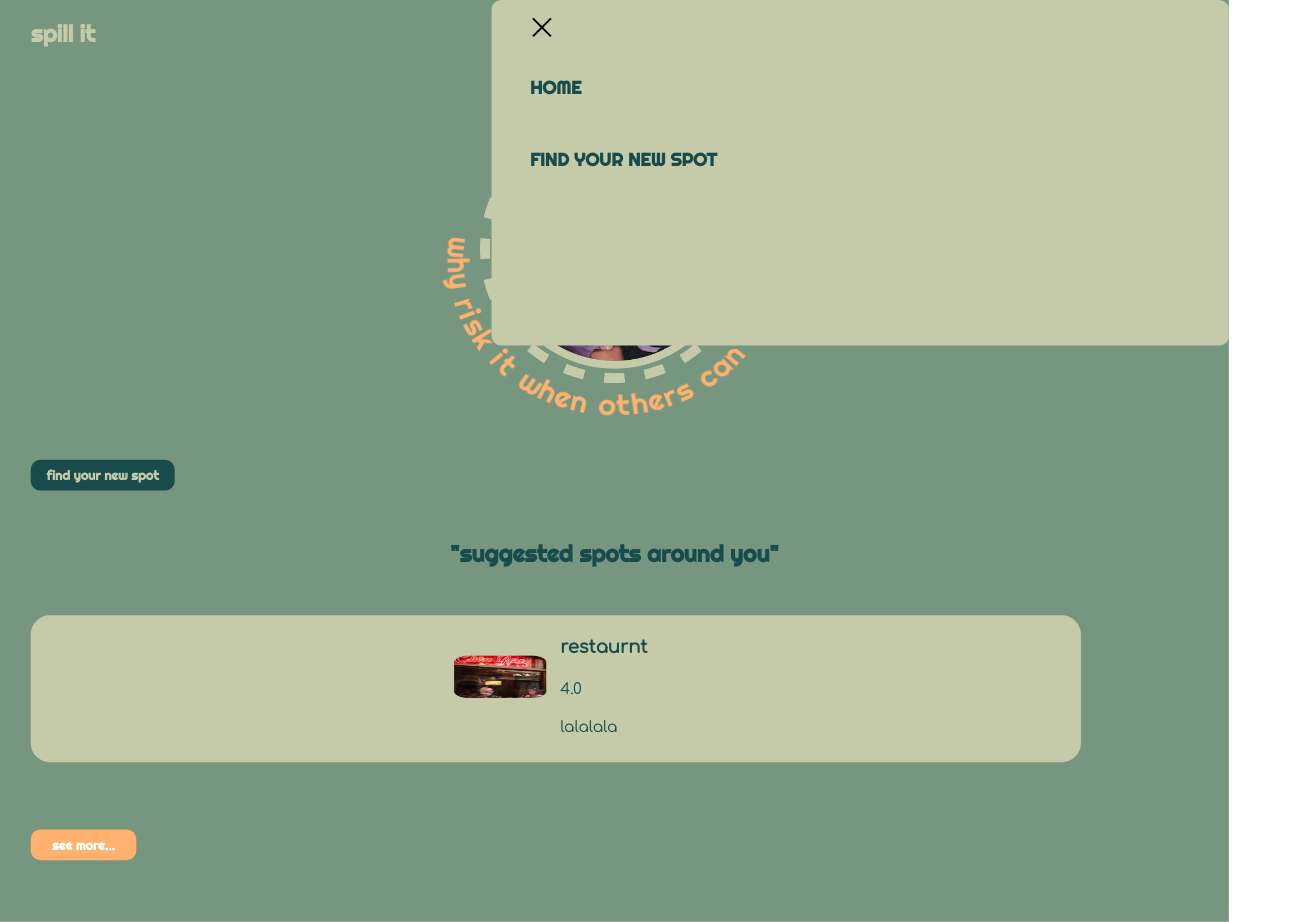
Repository: shaelorch/spillit
Page: /
An editor plug-in stored every save of this project. The page is shown before and after the next save, followed by the edit.
The browser window is 1280 px wide. The page is 1280 px wide, then 1348 px, so the pictures cover 1348 px, including what lies to the right of the window. The pictures show the whole page, at 96% of full size.
The project was rebuilt for these pictures with package versions that can differ from the ones it lists, and the page was loaded fresh each time. The framework's server and built-in components were replaced by stand-ins that run in the browser. Also part of the build but not shown: next.config.js.

Above is the page before, as saved 2023-02-10 15:02:01.

### pages/index.js
import Head from 'next/head'
import Image from 'next/image'
import HeroCont from '../components/HeroCont'
import styles from '../styles/Home.module.css'
import Button from '../components/Button'
import SubButton from '../components/SubButton'
import RevCard from '../components/reviewCard'
import Header from '../components/Header'
import TopBar from '../components/topBAr'
import PopMenu from '../components/popMenu'



export default function Home() {
  return (
    <div className={styles.container}>
      <Head>
        <title>Create Next App</title>
        <meta name="description" content="Generated by create next app" />
        <link rel="icon" href="/favicon.ico" />

      </Head>

     <TopBar/>
     <PopMenu/>


      <main className={styles.main}>
        <HeroCont/>
        <Button />
        <Header />

        <RevCard/>
        <SubButton bttntxt='see more...'/>
      </main>


    </div>
  )
}

### styles/globals.css

@import url('https://fonts.googleapis.com/css2?family=Righteous&display=swap');
@import url('https://fonts.googleapis.com/css2?family=Comfortaa&family=Righteous&display=swap');


html,
body {
  padding: 0;
  margin: 0;
  font-family: -apple-system, BlinkMacSystemFont, Segoe UI, Roboto, Oxygen,
    Ubuntu, Cantarell, Fira Sans, Droid Sans, Helvetica Neue, sans-serif;
}

a {
  color: inherit;
  text-decoration: none;
}

* {
  box-sizing: border-box;
}

@media (prefers-color-scheme: dark) {
  html {
    color-scheme: dark;
  }
  body {
    color: white;
    background: black;
  }
}

### components/HeroCont.js
import react from "react";
import { motion } from 'framer-motion';

export default function HeroCont() {



    return (<div style={{justifyContent:'center', display:'flex', paddingBottom:80}}>

        <img src="dotted.png" style={{display:'flex', position:'relative', width:280, height:280, marginTop:-15}}/>
        <img src="heropic.png" style={{display:'flex', width:250, height:250, position:'absolute' }}/>
        <img src="wordcircle.png" style={{width:440, height:410,position:'absolute', animation:'rotation 2s infinite linear' }}/>

    </div>
    )
}

### styles/Home.module.css
.container {
  padding: 0 2rem;
  background-color: #779680;
  width:100%;
}

.rotate {

  width:358;
  height:195;
  margin-top:-160;
  margin-Left:-40;
  animation:rotation 2s infinite linear;
}

.main {
  min-height: 100vh;
  padding: 4rem 0;
  flex: 1;
  margin-right:100

  display: flex;
  flex-direction: column;
  justify-content: center;
  align-items: center;
  font-family: 'Comfortaa', 'cursive';
}

.footer {
  display: flex;
  flex: 1;
  padding: 2rem 0;
  border-top: 1px solid #eaeaea;
  justify-content: center;
  align-items: center;
}

.footer a {
  display: flex;
  justify-content: center;
  align-items: center;
  flex-grow: 1;
}

.title a {
  color: #0070f3;
  text-decoration: none;
}

.title a:hover,
.title a:focus,
.title a:active {
  text-decoration: underline;
}

.title {
  margin: 0;
  line-height: 1.15;
  font-size: 4rem;
}

.title,
.description {
  text-align: center;
}

.description {
  margin: 4rem 0;
  line-height: 1.5;
  font-size: 1.5rem;
}

.code {
  background: #fafafa;
  border-radius: 5px;
  padding: 0.75rem;
  font-size: 1.1rem;
  font-family: Menlo, Monaco, Lucida Console, Liberation Mono, DejaVu Sans Mono,
    Bitstream Vera Sans Mono, Courier New, monospace;
}

.grid {
  display: flex;
  align-items: center;
  justify-content: center;
  flex-wrap: wrap;
  max-width: 800px;
}

.card {
  margin: 1rem;
  padding: 1.5rem;
  text-align: left;
  color: inherit;
  text-decoration: none;
  border: 1px solid #eaeaea;
  border-radius: 10px;
  transition: color 0.15s ease, border-color 0.15s ease;
  max-width: 300px;
}

.card:hover,
.card:focus,
.card:active {
  color: #0070f3;
  border-color: #0070f3;
}

.card h2 {
  margin: 0 0 1rem 0;
  font-size: 1.5rem;
}

.card p {
  margin: 0;
  font-size: 1.25rem;
  line-height: 1.5;
}

.logo {
  height: 1em;
  margin-left: 0.5rem;
}

@media (max-width: 600px) {
  .grid {
    width: 100%;
    flex-direction: column;
  }
}

@media (max-width: 414px) {
  .main {
    width:100%;


  }
}

@media (prefers-color-scheme: dark) {
  .card,
  .footer {
    border-color: #222;
  }
  .code {
    background: #111;
  }
  .logo img {
    filter: invert(1);
  }
}

### components/Button.js

export default function Button({
    bttntxt="find your new spot",
    color="#C5CAA9"
}) {

    return(
        <button style={{display:'flex',
         backgroundColor:'#184B4B',
          borderRadius:10, width:150,
           justifyContent:'center'
           , padding:8, alignContent:'center',
            color:'#C5CAA9', fontWeight:'bold',
            border:'transparent', fontFamily: 'Righteous, cursive'}}>{bttntxt}</button>
    )
}

### components/SubButton.js

export default function SubButton({
    bttntxt="find your spot",

}) {

    return(
        <div style={{paddingTop:30}}>
             <button style={{display:'flex',
         backgroundColor:'#FFB16F',
          borderRadius:10, width:110,
           justifyContent:'center'
           , padding:8, alignContent:'center',
            color:'white', fontWeight:'bold',
            border:'transparent',
            fontFamily: 'Righteous, cursive'}}>{bttntxt}</button>
        </div>

    )
}

### components/reviewCard.js



export default function RevCard({
    name="restaurnt",
    rating="4.0",
    review="lalalala"
}) {

    return (<div style={{justifyContent:'center',display:'flex', width:"90%", height:'100%', backgroundColor:'#C5CAA9',  borderRadius:20, marginBottom:40, paddingRight:20, paddingBottom:8}}>

        <div style={{display:'flex', flexDirection:'row'}}>
            <img  style={{display:'flex', width:'45%', height:"30%", marginTop:"20%", marginLeft:10}} src="place.png"/>
            <div style={{lineHeight:1.5,paddingLeft:15, color:'#184B4B'}}>
                <h3>{name}</h3>
                <p>{rating}</p>
                <p>{review}</p>
            </div>
        </div>



    </div>

    )
}

### components/Header.js





export default function Header() {

    return (
        <h2 style={{fontFamily:'righteous, cursive', margin:50, marginLeft:'20%', marginRight:'20%', textAlign:'center', color: '#184B4B'}}>"suggested spots around you"</h2>
    )
}

### components/topBAr.js
import Link from "next/link"
import { useState } from "react"
import { GrClose } from 'react-icons/gr'
import PopMenu from "./popMenu";

export default function TopBar() {

    const [open, setOpen] = useState(false);

   const onClick = () => {
    setOpen (current => !current)
   };

    return (
        <><div style={{ display: 'flex', flexDirection: 'row', justifyContent: 'space-between', alignItems: 'center', backgroundColor: '#779680' }}>
            <Link href='/'>
                <h2 style={{ color: '#C5CAA9', fontFamily: 'righteous, cursive' }}>spill it</h2>
            </Link>
            <img
                onClick={onClick} style={{ height: 50, width: 50 }} src="menu.png" />
            {open ? <PopMenu/> : null}

        </div></>

            )
        }

### components/popMenu.js
import { GrClose } from 'react-icons/gr';
import Link from 'next/link';
import { useState } from 'react';

export default function PopMenu() {

    const [close, setClose] = useState(true);

    const handleButtonClick = () => {
        setClose(current => !current);
    }


    return (
        <div style={{display: close ? 'flex' : 'none', position:'absolute',
    backgroundColor: '#C5CAA9',borderRadius:10, width: '60%', height:'50%', right:0, top:0, zIndex:1}}>
        <ul>
            <GrClose size="25" color="#184B4B"
            onClick={handleButtonClick}/>
            <div

            style={{lineHeight:3, color:"#184B4B",
             fontFamily:'righteous, cursive'}}>

                 <Link href={'/'}><h3>HOME</h3>
                 </Link>
                <Link href={"/findASpot"}><h3>FIND YOUR NEW SPOT</h3>
                </Link>
            </div>

        </ul>


    </div>







    )
}

Loaded but not shown: pages/_app.js (common file)

After the next save:
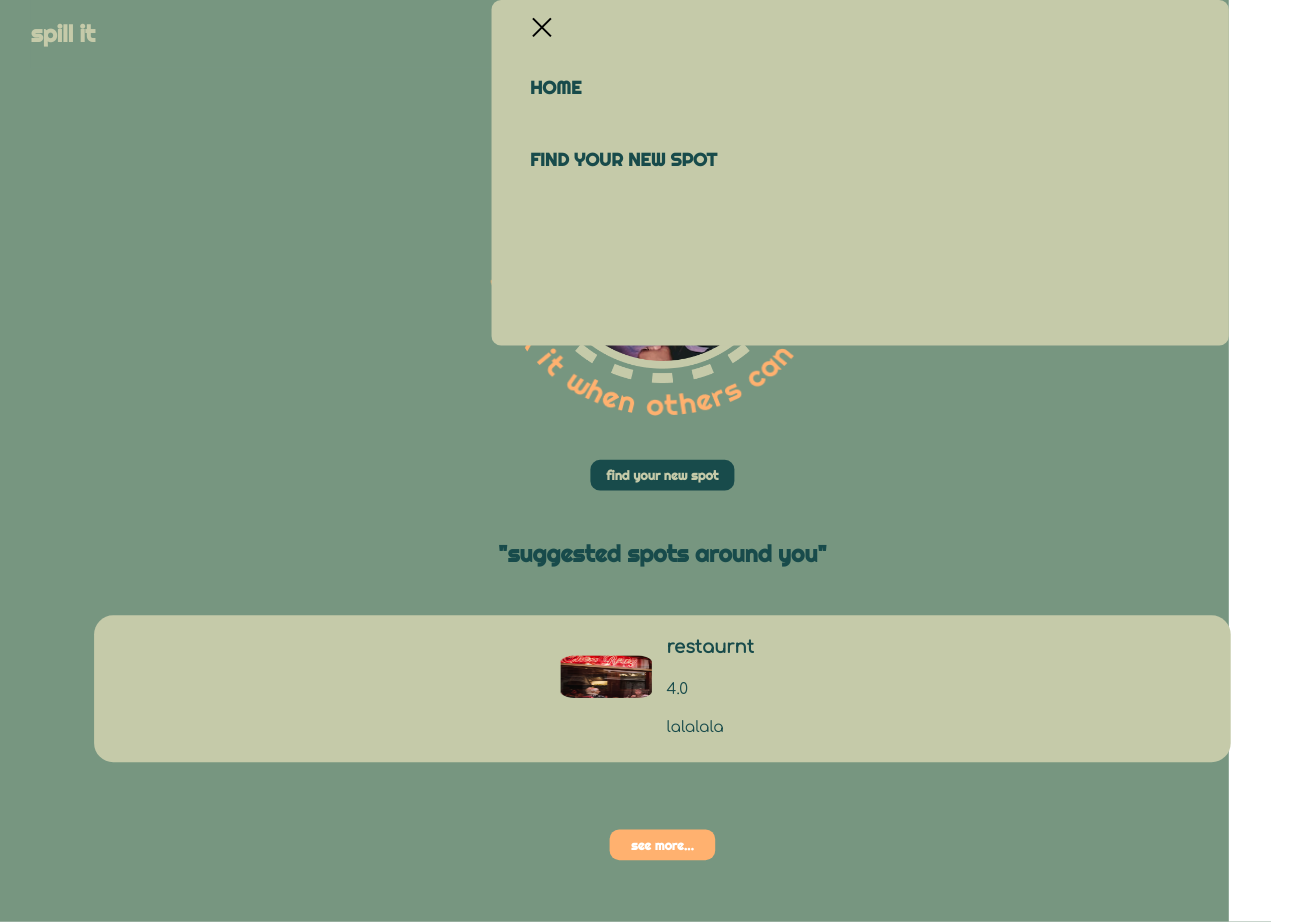
Saved 4 s later.
--- a/styles/Home.module.css
+++ b/styles/Home.module.css
@@ -17,7 +17,7 @@
   min-height: 100vh;
   padding: 4rem 0;
   flex: 1;
-  margin-right:100
+  margin-right:-100px;
 
   display: flex;
   flex-direction: column;
